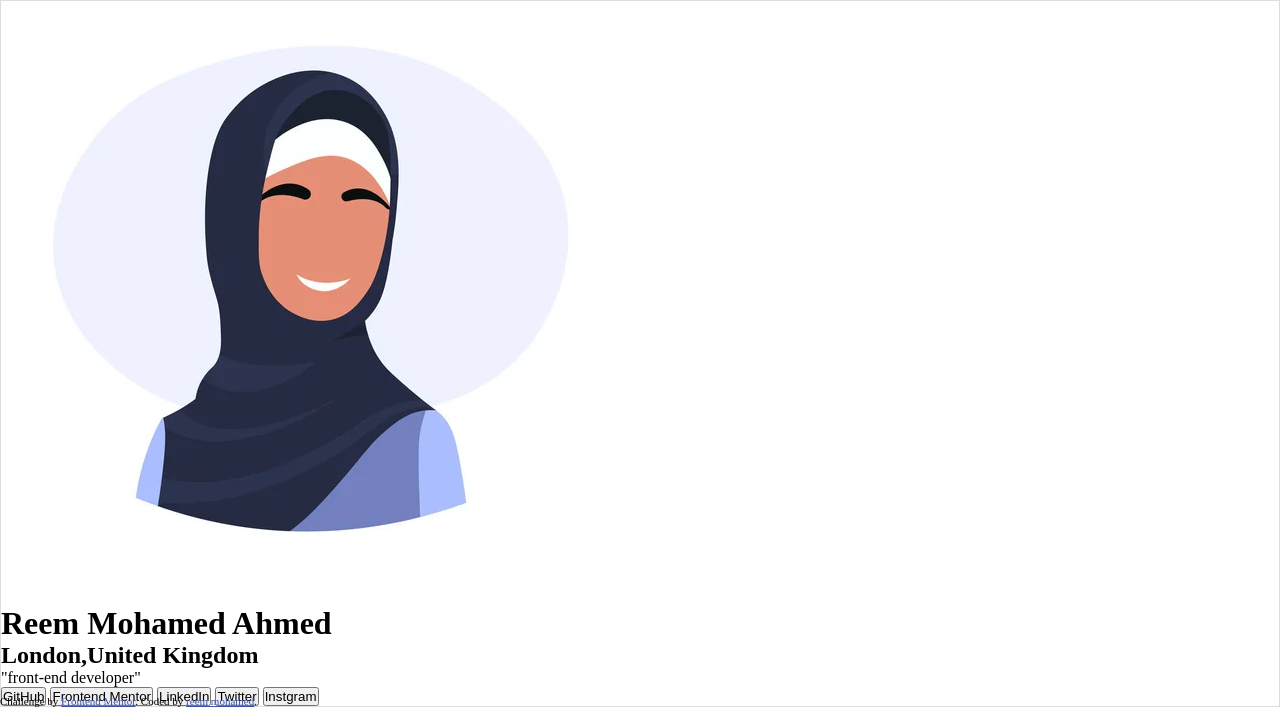
Repository: reemoon-ctrl/social_links_profile_main
Page: index.html
These files come from the project's save history. The page is drawn as it stood at one moment and after the next save; the edit follows.
The browser window is 1280 px wide. The pictures show the whole page.

Above is the page before, as saved 2024-07-23 09:27:18.

After the next save:
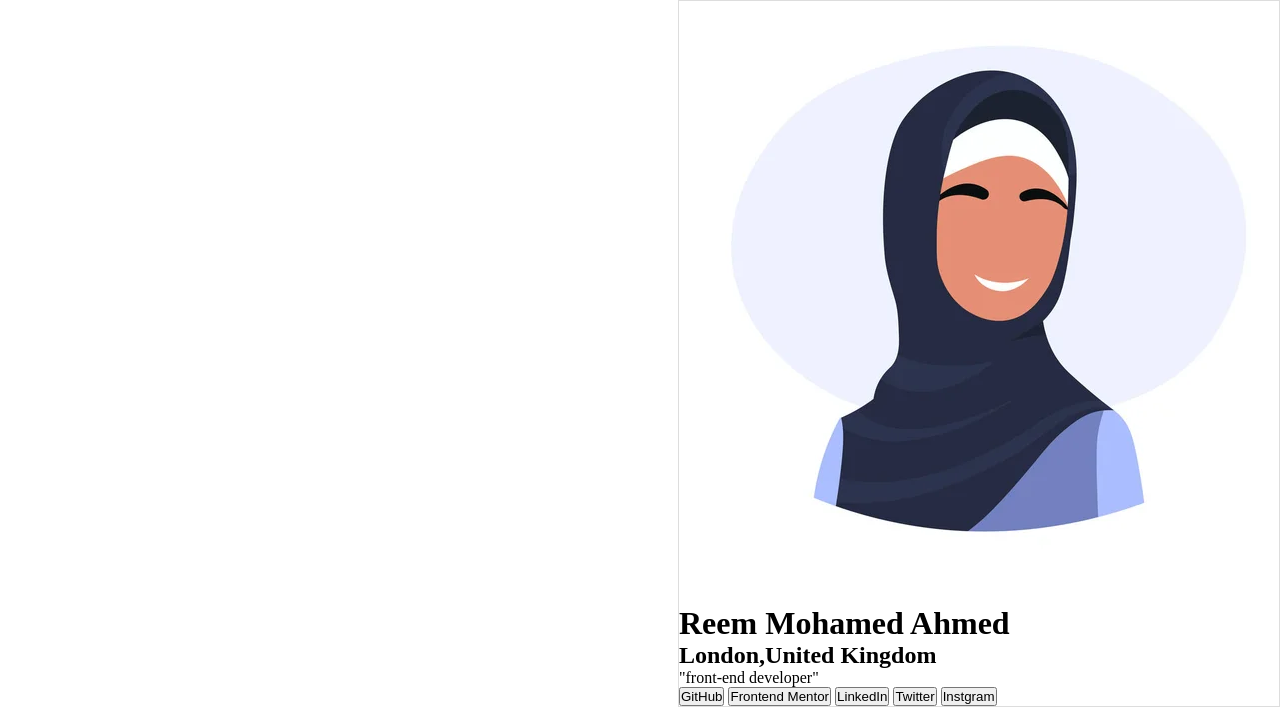
Saved 12 s later.
--- a/index.css
+++ b/index.css
@@ -10,7 +10,7 @@ body{
 .form-container{
     border:1px solid #ddd;
     margin :auto;
-    float:;
+    float:inline-end;
 }
 footer{
     position: absolute;
